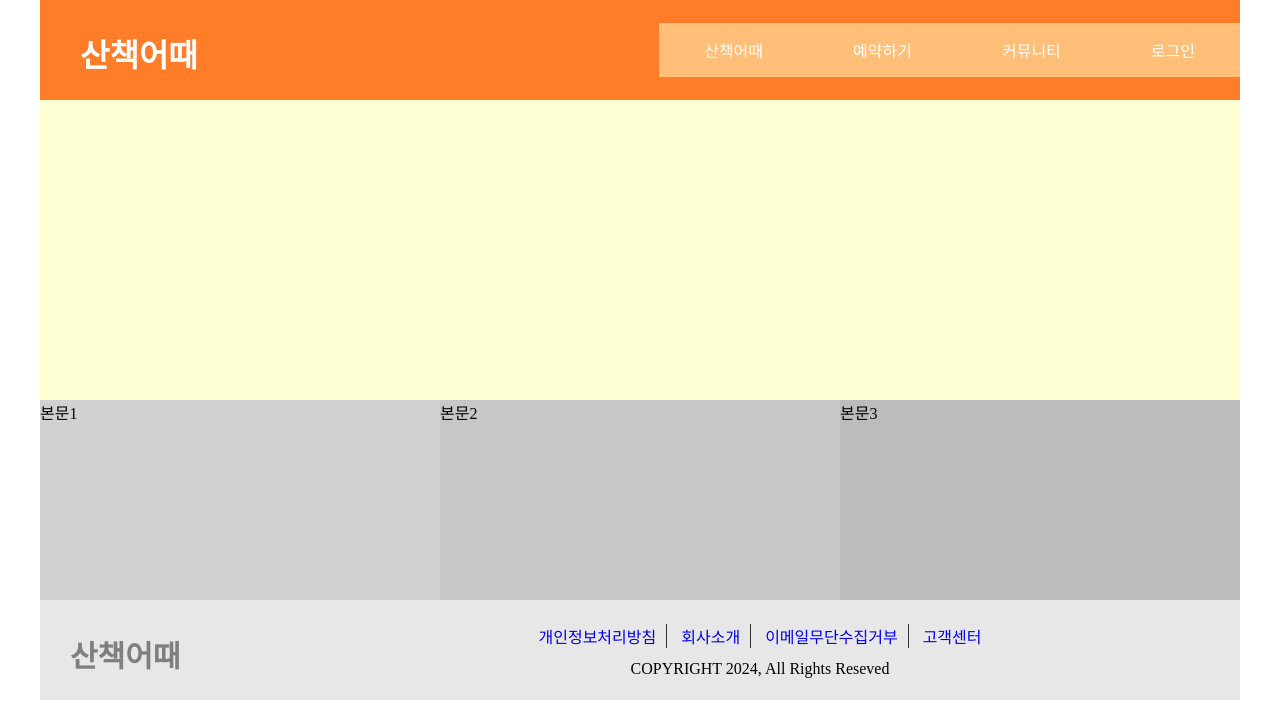
Repository: to-flatwhite1/portfolio
Page: http://localhost/JSP/
The author's editor kept a copy of each file at every save. The page is drawn from the files as they stood at one save, then again after the next save.
The browser window is 1280 px wide. The pictures show the whole page.
The page is served by Tomcat 9.

Above is the page before, as saved 2024-07-04 05:14:04.

After the next save:
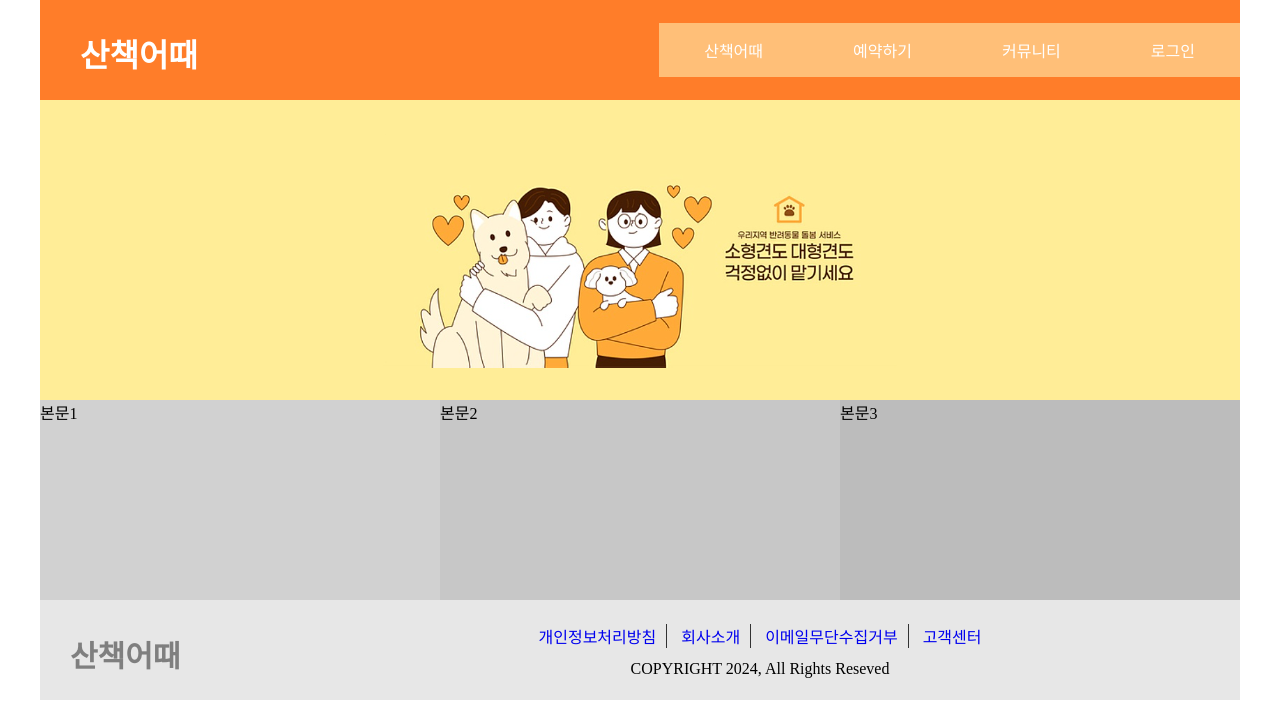
Saved 89 s later.
--- a/JSP/src/main/webapp/index.css
+++ b/JSP/src/main/webapp/index.css
@@ -78,11 +78,20 @@ li {
 	width: 100%;
 	display: flex;
 }
-
-#slide .slide_list{
-	width: 100%;
-	height: 300px;
-	background-color: #FEFFD2;
+.slide_list{
+    width: 100%;
+    height: 300px;
+    background-color: #fc9;
+    position: relative;
+    overflow: hidden;
+}
+.slide_list ul{
+    position: absolute;
+    top:0; left:0; height: 900px;
+}
+.slide_list ul li{
+    position:relative;
+    width:1200px; height: 300px;
 }
 .s1{
 	background: url(images/main.png) no-repeat center;
